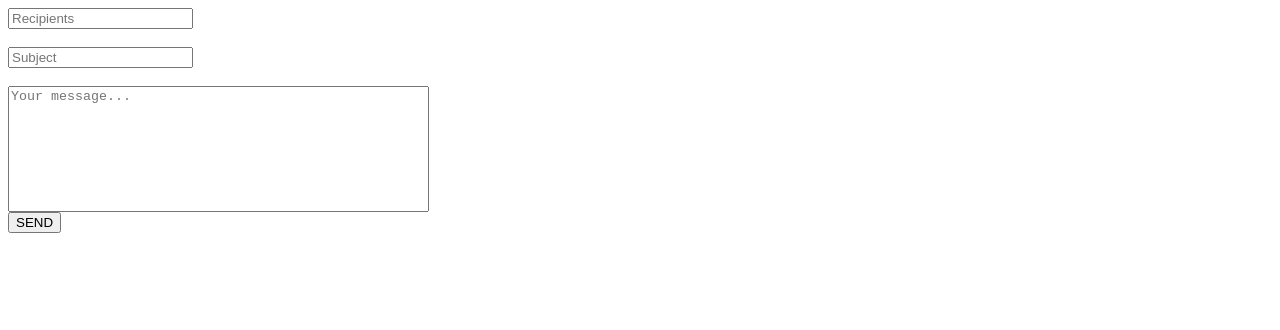
Repository: oforbes/CMail
Page: compose.html
The author's editor kept a record of every edit. The page is drawn from the files as they stood at one moment, then again after the next edit.
The browser window is 1280 px wide. The pictures show the whole page.

Above is the page before.

### compose.html

<html>
    <head>



    </head>

    <body>

        <form>

                    <input type="text" placeholder="Recipients" class="bxes"/><br><br>
                    <input type="text" placeholder="Subject" class="bxes"/><br><br>
                    <textarea cols="50" rows="8" placeholder="Your message..." style="resize:none"></textarea><br>
                    <button class="button">SEND</button>


        </form>





    </body>


</html>

After the next edit:
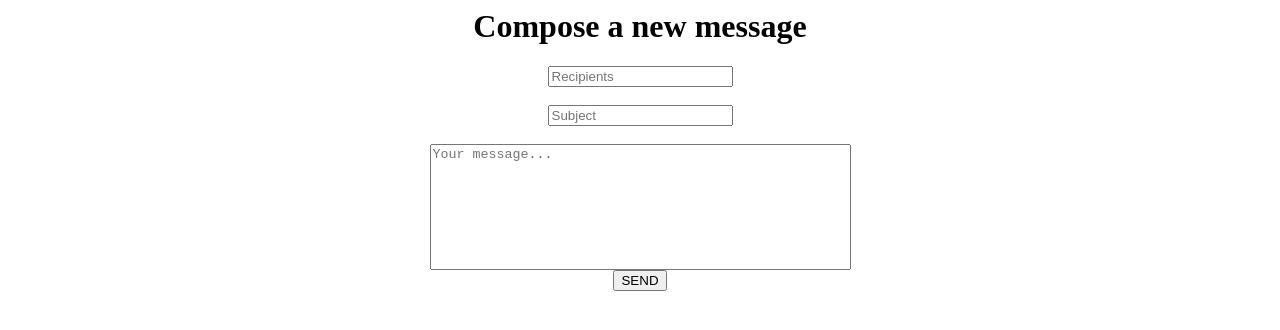
The edit:
--- a/compose.html
+++ b/compose.html
@@ -9,7 +9,8 @@
     <body>
 
         <form>
-
+            <center>
+                    <h1>Compose a new message</h1>
                     <input type="text" placeholder="Recipients" class="bxes"/><br><br>
                     <input type="text" placeholder="Subject" class="bxes"/><br><br>
                     <textarea cols="50" rows="8" placeholder="Your message..." style="resize:none"></textarea><br>
